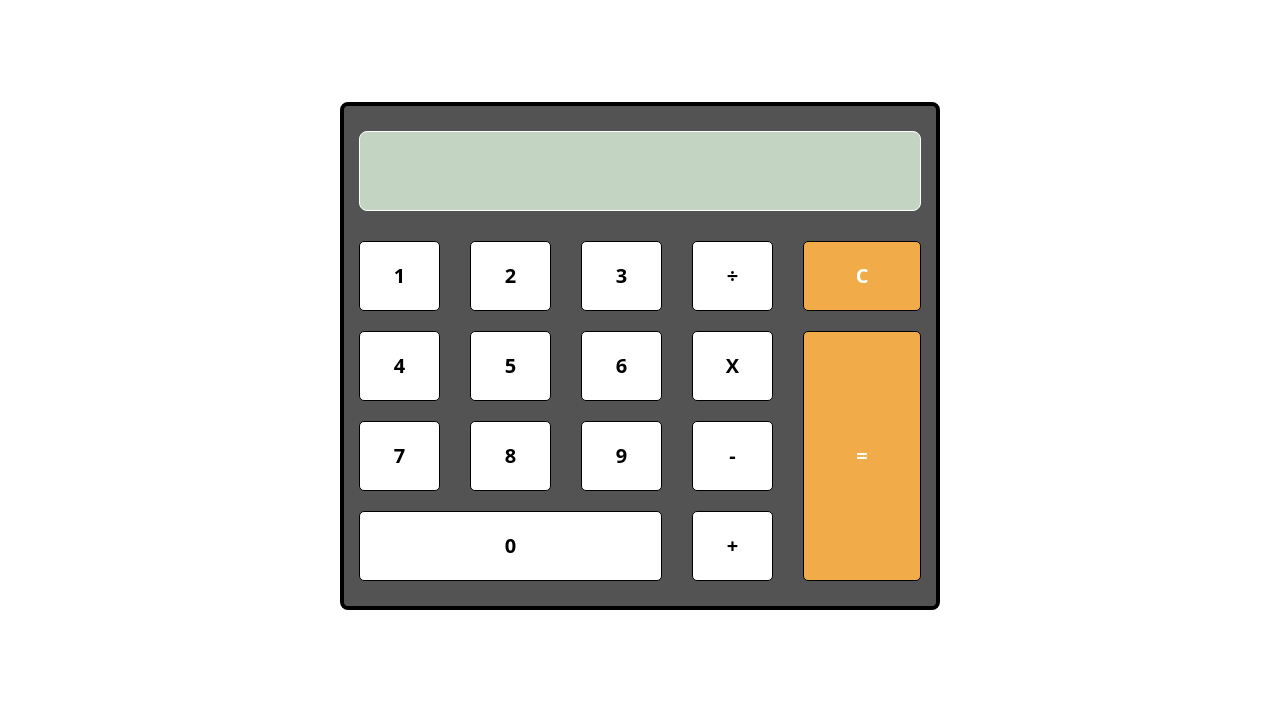
Repository: jsakdalan/CalculatorReactTypescript
Page: /
The author's editor kept a copy of each file at every save. The page is drawn from the files as they stood at one save, then again after the next save.
The browser window is 1280 px wide. The pictures show the whole page.
The project was rebuilt for these pictures with package versions that can differ from the ones it lists, and the page was loaded fresh each time. Also part of the build but not shown: src/App.css.

Above is the page before, as saved 2022-06-08 03:54:13.

After the next save:
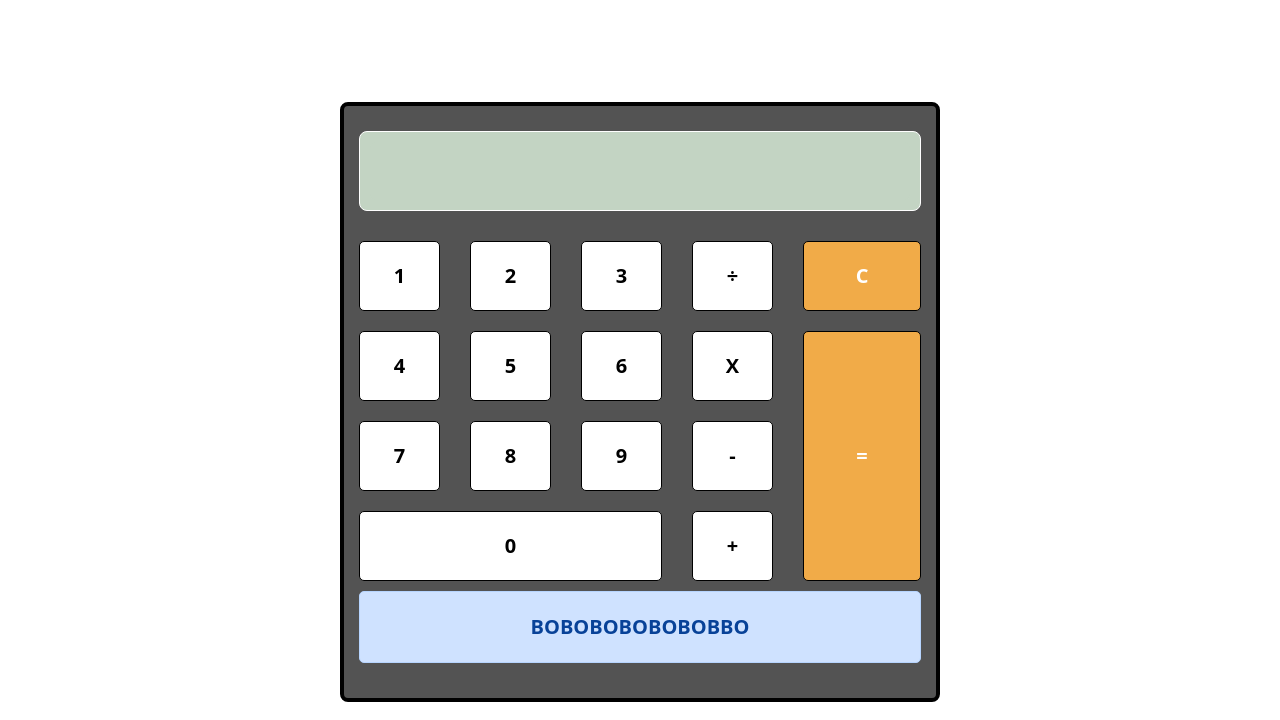
Saved 25 s later.
--- a/src/pages/Calculator.tsx
+++ b/src/pages/Calculator.tsx
@@ -193,6 +193,7 @@
                         </Row>
                     </Col>
                 </Row>
+                <Alert variant='primary'>BOBOBOBOBOBOBBO</Alert>
             </Container>
         </>
     )

After the save that followed:
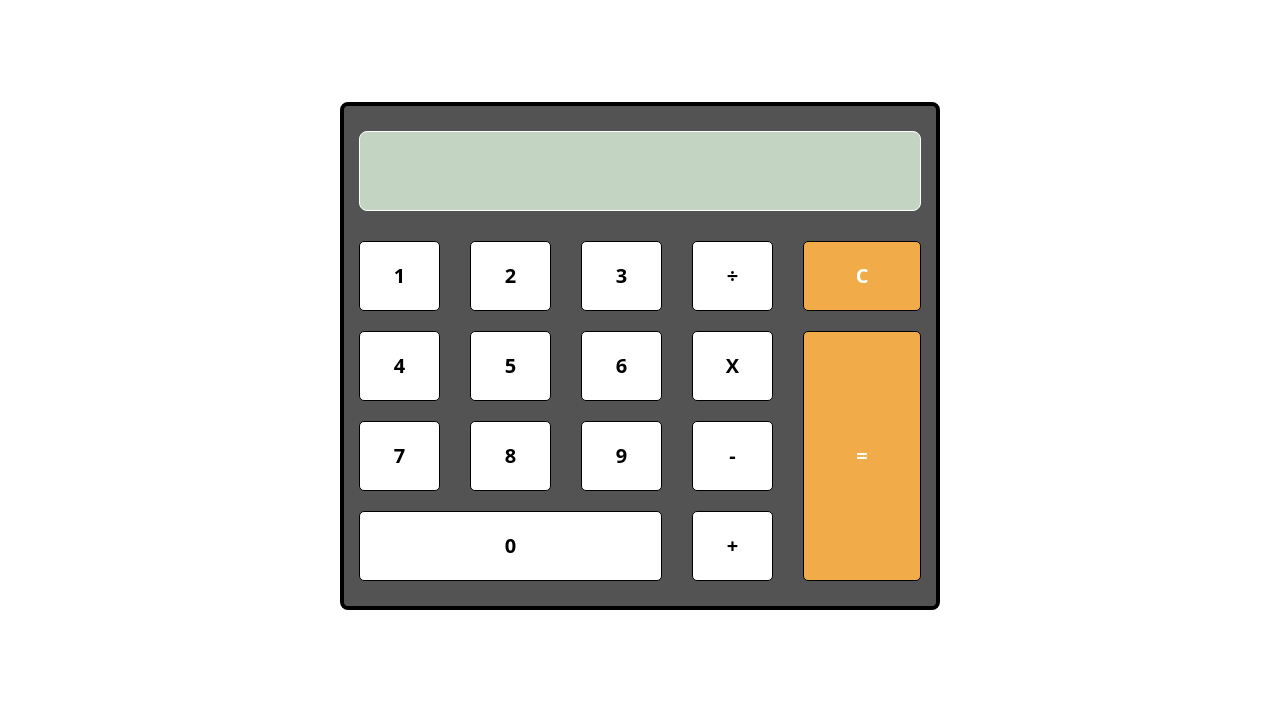
Saved 46 s later.
--- a/src/pages/Calculator.tsx
+++ b/src/pages/Calculator.tsx
@@ -22,6 +22,7 @@
 export default function Calculator(){
 
     const[outputField, setOutputField] = useState<string>('');
+    const[isError, setIsError] = useState(false);
 
     const evaluateValue = () => {
 
@@ -193,7 +194,10 @@
                         </Row>
                     </Col>
                 </Row>
-                <Alert variant='primary'>BOBOBOBOBOBOBBO</Alert>
+                {
+
+                }
+
             </Container>
         </>
     )
